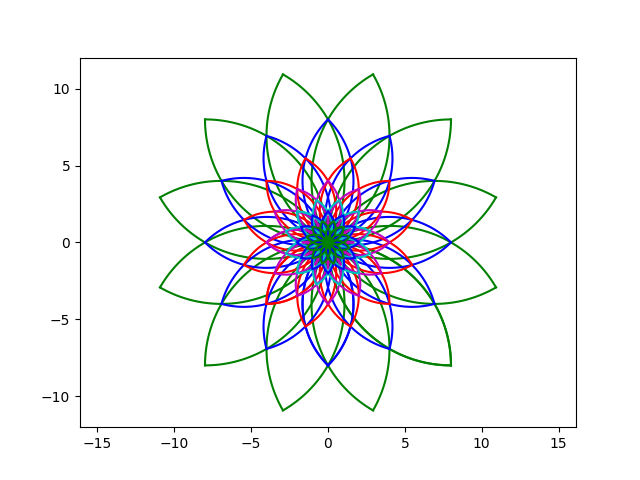
Repository: lbylzkx/Circle-Point-Manuscript
Script's output: python water-lily.py
These files come from the project's save history. The script's output is drawn as it stood at one moment and after the next save; the edit follows.
Random numbers start from a fixed seed.

Above is the script's output before, as saved 2023-10-01 16:06:02.

### water-lily.py
import numpy as np
import matplotlib.pyplot as plt
from arc import *


# points of water-lily

# Right:
# center:
def waterlily_x_center_right(n, thelta=0):
    return np.sqrt(2)**(n-1)*np.cos(n*np.pi/4+np.pi/4+thelta)


def waterlily_y_center_right(n, thelta=0):
    return np.sqrt(2)**(n-1)*np.sin(n*np.pi/4+np.pi/4+thelta)


# Left:
# center:


def waterlily_x_center_left(n, thelta=0):
    return np.sqrt(2)**(n-1)*np.cos(n*np.pi/4+7*np.pi/4+thelta)


def waterlily_y_center_left(n, thelta=0):
    return np.sqrt(2)**(n-1)*np.sin(n*np.pi/4+7*np.pi/4+thelta)


# from:
def waterlily_x_from(n, thelta=0):
    return np.sqrt(2)**n*np.cos(n*np.pi/4+thelta)


def waterlily_y_from(n, thelta=0):
    return np.sqrt(2)**n*np.sin(n*np.pi/4+thelta)


# to
(0, 0)


# petal
# 放
# arc_inverse((waterlily_x_center_left(8), waterlily_y_center_left(8)),
#             (waterlily_x_from(8), waterlily_y_from(8)), (0, 0), 'g')
# arc_inverse((waterlily_x_center_right(8), waterlily_y_center_right(8)), (0, 0),
#             (waterlily_x_from(8), waterlily_y_from(8)), 'g')
# 聚
# arc((waterlily_x_center_left(8), waterlily_y_center_left(8)), (0, 0),
#     (waterlily_x_from(8), waterlily_y_from(8)))
# arc((waterlily_x_center_right(8), waterlily_y_center_right(8)),
#     (waterlily_x_from(8), waterlily_y_from(8)), (0, 0))

def onepetal(n, thelta, color):
    arc((waterlily_x_center_left(n, thelta), waterlily_y_center_left(n, thelta)), (0, 0),
        (waterlily_x_from(n, thelta), waterlily_y_from(n, thelta)), color)
    arc((waterlily_x_center_right(n, thelta), waterlily_y_center_right(n, thelta)),
        (waterlily_x_from(n, thelta), waterlily_y_from(n, thelta)), (0, 0), color)


# 颜色：红橙黄绿蓝靛紫
color = ['r', 'g', 'b', 'c', 'm', 'r', 'b', 'g']
# petals
# for i in range(-8, 8):
#     onepetal(i, color[i])
# onepetal(7, 'g')

# water-lily

for n in range(7, 0, -1):
    for i in range(0, 13):
        onepetal(n, i*np.pi/6, color[n])

plt.axis('equal')
plt.show()

### arc.py
import matplotlib.pyplot as plt
import numpy as np
import sys
sys.path.append('C:/Userslbylzk/Documents/BaiduSyncdisk/Flowers')

""""""
# 从point1到point2的圆弧
""""""

# 顺时针


def arc(center, point1, point2, color='b'):
    # 计算端点到圆心的向量
    vector1 = np.array(point1) - np.array(center)
    vector2 = np.array(point2) - np.array(center)

    # 计算向量的模长
    r1 = np.linalg.norm(vector1)
    r2 = np.linalg.norm(vector2)

    # 计算向量之间的夹角
    theta1 = np.arctan2(vector1[1], vector1[0])
    theta2 = np.arctan2(vector2[1], vector2[0])

    # 确保 theta2 > theta1
    if theta1 < theta2:
        theta1 += 2 * np.pi

    # 计算圆弧上的点
    t = np.linspace(theta1, theta2, 100)
    x = center[0] + r1 * np.cos(t)
    y = center[1] + r1 * np.sin(t)

    # X,Y轴等长
    plt.axis('equal')
    # 绘制圆弧
    plt.plot(x, y, color)

# 逆时针


def arc_inverse(center, point1, point2, color='b'):
    # 计算端点到圆心的向量
    vector1 = np.array(point1) - np.array(center)
    vector2 = np.array(point2) - np.array(center)

    # 计算向量的模长
    r1 = np.linalg.norm(vector1)
    r2 = np.linalg.norm(vector2)

    # 计算向量之间的夹角
    theta1 = np.arctan2(vector1[1], vector1[0])
    theta2 = np.arctan2(vector2[1], vector2[0])

    # 确保 theta2 > theta1
    if theta2 < theta1:
        theta2 += 2 * np.pi

    # 计算圆弧上的点
    t = np.linspace(theta1, theta2, 100)
    x = center[0] + r1 * np.cos(t)
    y = center[1] + r1 * np.sin(t)

    # X,Y轴等长
    plt.axis('equal')
    # 绘制圆弧
    plt.plot(x, y, color)


"""通过角度画圆弧
"""


def arc_degree(center, radius, angle1, angle2, color='b'):
    angle = np.linspace(angle1, angle2, 1000)
    x = center[0] + radius * np.cos(angle)
    y = center[1] + radius * np.sin(angle)
    plt.axis('equal')
    plt.plot(x, y, color)


# arc_degree((0, 0), 3, np.pi/4, 7*np.pi/4, 'g')


# 示例
# arc((1, 1), (2, 1), (1, 0), 'r')
# arc((1, 1), (1, 0), (2, 1), 'r')
# arc_inverse((1, 1), (1, 0), (2, 1), 'g')
# plt.axis('equal')
# plt.show()

After the next save:
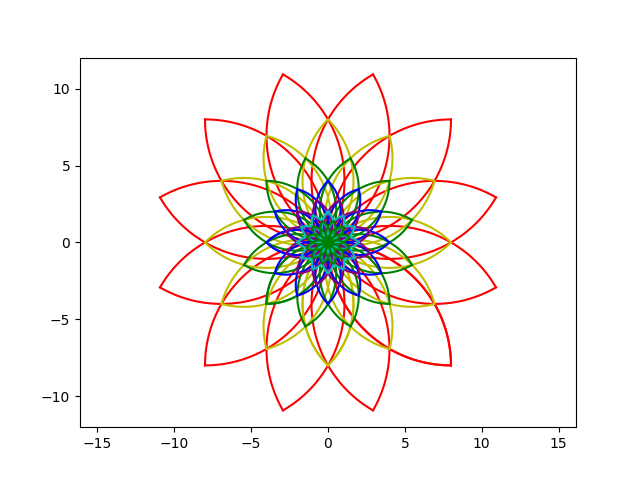
Saved 49 s later.
--- a/water-lily.py
+++ b/water-lily.py
@@ -60,7 +60,7 @@ def onepetal(n, thelta, color):
 
 
 # 颜色：红橙黄绿蓝靛紫
-color = ['r', 'g', 'b', 'c', 'm', 'r', 'b', 'g']
+color = ['r', 'g', 'c', 'purple', 'b', 'g', 'y', 'r']
 # petals
 # for i in range(-8, 8):
 #     onepetal(i, color[i])
